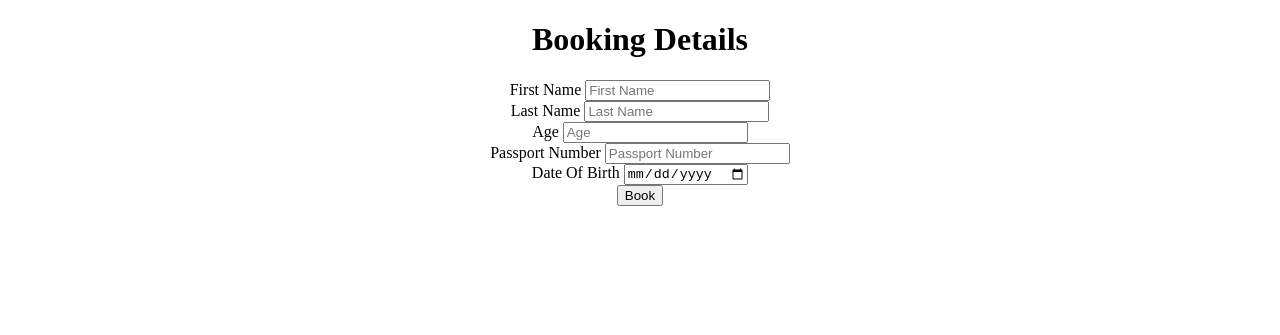
Repository: kalpesh3070/backend2
Page: flyaway/src/main/webapp/Ticket_booking.html
An editor plug-in stored every save of this project. The page is shown before and after the next save, followed by the edit.
The browser window is 1280 px wide. The pictures show the whole page.

Above is the page before, as saved 2022-11-11 03:44:50.

### flyaway/src/main/webapp/Ticket_booking.html
<!DOCTYPE html>
<html>
<head>
<meta charset="ISO-8859-1">
<title>Insert title here</title>
</head>
<body>
<center>
<h1>Booking Details</h1>
<label>First Name</label>
<input type="text" name="name" placeholder="First Name" size="20"><br>
<label>Last Name</label>
<input type="text" name="lastname" placeholder="Last Name" size="20"><br>
<label>Age</label>
<input type="text" name="age" placeholder="Age" size="20"><br>
<label>Passport Number</label>
<input type="text" name="passport number" placeholder="Passport Number" size="20"><br>
<label>Date Of Birth</label>
<input type="date" name="dob"size="20"><br>
<input type="submit" value="Book">
</center>
</body>
</html>

After the next save:
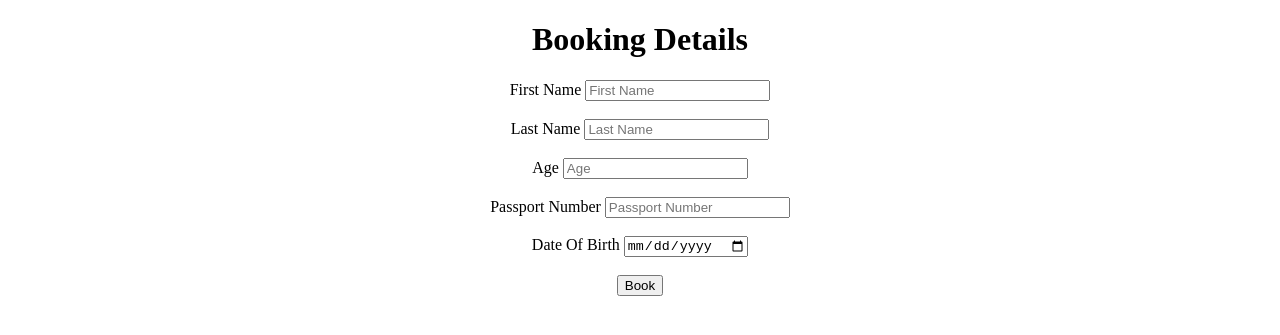
Saved 53 s later.
--- a/flyaway/src/main/webapp/Ticket_booking.html
+++ b/flyaway/src/main/webapp/Ticket_booking.html
@@ -8,15 +8,15 @@
 <center>
 <h1>Booking Details</h1>
 <label>First Name</label>
-<input type="text" name="name" placeholder="First Name" size="20"><br>
+<input type="text" name="name" placeholder="First Name" size="20"><br><br>
 <label>Last Name</label>
-<input type="text" name="lastname" placeholder="Last Name" size="20"><br>
+<input type="text" name="lastname" placeholder="Last Name" size="20"><br><br>
 <label>Age</label>
-<input type="text" name="age" placeholder="Age" size="20"><br>
+<input type="text" name="age" placeholder="Age" size="20"><br><br>
 <label>Passport Number</label>
-<input type="text" name="passport number" placeholder="Passport Number" size="20"><br>
+<input type="text" name="passport number" placeholder="Passport Number" size="20"><br><br>
 <label>Date Of Birth</label>
-<input type="date" name="dob"size="20"><br>
+<input type="date" name="dob"size="20"><br><br>
 <input type="submit" value="Book">
 </center>
 </body>
